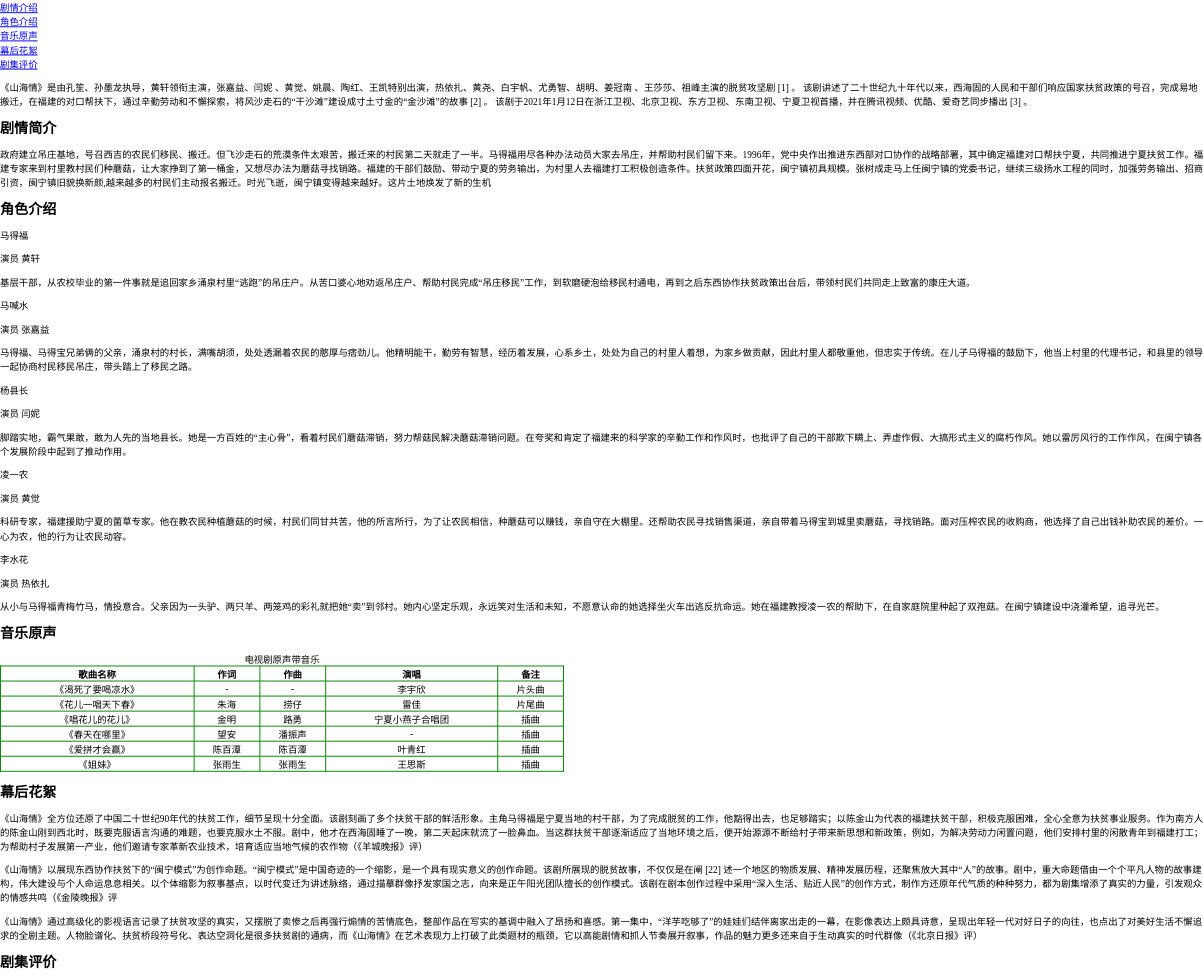
Repository: Lixianlai-2/static-website
Page: index.html
An editor plug-in stored every save of this project. The page is shown before and after the next save, followed by the edit.
The browser window is 1280 px wide. The pictures show the whole page, at 94% of full size.

Above is the page before, as saved 2021-11-30 20:40:44.

### index.html
<!DOCTYPE html>
<html lang="zh-CN">
  <head>
    <meta charset="UTF-8" />
    <meta http-equiv="X-UA-Compatible" content="IE=edge" />
    <meta
      name="viewport"
      content="width=device-width, initial-scale=1.0"
      content="ie=edge"
    />
    <title>山海情</title>

    <style>
      * {
        margin: 0;
        padding: 0;
        box-sizing: border-box;
      }

      body {
        font-size: 10px;
      }
      h2,
      div,
      p {
        margin: 10px 0;
      }

      img {
        max-width: 100%;
      }

      table {
        text-align: center;
        max-width: 100%;
        width: 600px;
        table-layout: auto;
        border-collapse: collapse;
        border-spacing: 0;
      }

      th,
      td {
        border: 1px solid green;
      }
    </style>
  </head>
  <body>
    <nav>
      <ol>
        <li><a href="#Plot">剧情介绍</a></li>
        <li><a href="#Role">角色介绍</a></li>
        <li><a href="#Music">音乐原声</a></li>
        <li><a href="#Tidbits">幕后花絮</a></li>
        <li><a href="#Evaluation">剧集评价</a></li>
      </ol>
    </nav>

    <p>
      《山海情》是由孔笙、孙墨龙执导，黄轩领衔主演，张嘉益、闫妮
      、黄觉、姚晨、陶红、王凯特别出演，热依扎、黄尧、白宇帆、尤勇智、胡明、姜冠南
      、王莎莎、祖峰主演的脱贫攻坚剧 [1] 。
      该剧讲述了二十世纪九十年代以来，西海固的人民和干部们响应国家扶贫政策的号召，完成易地搬迁，在福建的对口帮扶下，通过辛勤劳动和不懈探索，将风沙走石的“干沙滩”建设成寸土寸金的“金沙滩”的故事
      [2] 。
      该剧于2021年1月12日在浙江卫视、北京卫视、东方卫视、东南卫视、宁夏卫视首播，并在腾讯视频、优酷、爱奇艺同步播出
      [3] 。
    </p>

    <h2 id="Plot">剧情简介</h2>
    <p>
      政府建立吊庄基地，号召西吉的农民们移民、搬迁。但飞沙走石的荒漠条件太艰苦，搬迁来的村民第二天就走了一半。马得福用尽各种办法动员大家去吊庄，并帮助村民们留下来。1996年，党中央作出推进东西部对口协作的战略部署，其中确定福建对口帮扶宁夏，共同推进宁夏扶贫工作。福建专家来到村里教村民们种蘑菇，让大家挣到了第一桶金，又想尽办法为蘑菇寻找销路。福建的干部们鼓励、带动宁夏的劳务输出，为村里人去福建打工积极创造条件。扶贫政策四面开花，闽宁镇初具规模。张树成走马上任闽宁镇的党委书记，继续三级扬水工程的同时，加强劳务输出、招商引资，闽宁镇旧貌换新颜,越来越多的村民们主动报名搬迁。时光飞逝，闽宁镇变得越来越好。这片土地焕发了新的生机
    </p>

    <h2 id="Role">角色介绍</h2>

    <ul>
      <li>
        <dl>
          <dt>
            <!-- div.role-name>span.item-value+div.role-actor>span.item-key+span.item-value -->
            <div class="role-name">
              <span class="item-value">马得福</span>
              <div class="role-actor">
                <span class="item-key">演员</span>
                <span class="item-value">黄轩</span>
              </div>
            </div>
          </dt>
          <dl>
            <p>
              基层干部，从农校毕业的第一件事就是追回家乡涌泉村里“逃跑”的吊庄户。从苦口婆心地劝返吊庄户、帮助村民完成“吊庄移民”工作，到软磨硬泡给移民村通电，再到之后东西协作扶贫政策出台后，带领村民们共同走上致富的康庄大道。
            </p>
          </dl>
        </dl>
      </li>
      <li>
        <dl>
          <dt>
            <div class="role-name">
              <span class="item-value">马喊水</span>
              <div class="role-actor">
                <span class="item-key">演员</span
                ><span class="item-value"> 张嘉益</span>
                <dl>
                  <p>
                    马得福、马得宝兄弟俩的父亲，涌泉村的村长，满嘴胡须，处处透漏着农民的憨厚与痞劲儿。他精明能干，勤劳有智慧，经历着发展，心系乡土，处处为自己的村里人着想，为家乡做贡献，因此村里人都敬重他，但忠实于传统。在儿子马得福的鼓励下，他当上村里的代理书记，和县里的领导一起协商村民移民吊庄，带头踏上了移民之路。
                  </p>
                </dl>
              </div>
            </div>
          </dt>
        </dl>
      </li>
      <li>
        <dl>
          <dt>
            <div class="role-name">
              <span class="item-value">杨县长</span>
              <div class="role-actor">
                <span class="item-key">演员</span>
                <span class="item-value">闫妮</span>
                <dl>
                  <p>
                    脚踏实地，霸气果敢，敢为人先的当地县长。她是一方百姓的“主心骨”，看着村民们蘑菇滞销，努力帮菇民解决蘑菇滞销问题。在夸奖和肯定了福建来的科学家的辛勤工作和作风时，也批评了自己的干部欺下瞒上、弄虚作假、大搞形式主义的腐朽作风。她以雷厉风行的工作作风，在闽宁镇各个发展阶段中起到了推动作用。
                  </p>
                </dl>
              </div>
            </div>
          </dt>
        </dl>
      </li>
      <li>
        <dl>
          <dt>
            <div class="role-name">
              <span class="item-value">凌一农</span>
              <div class="role-actor">
                <span class="item-key">演员</span>
                <span class="item-value">黄觉</span>
                <dl>
                  <p>
                    科研专家，福建援助宁夏的菌草专家。他在教农民种植蘑菇的时候，村民们同甘共苦，他的所言所行，为了让农民相信，种蘑菇可以赚钱，亲自守在大棚里。还帮助农民寻找销售渠道，亲自带着马得宝到城里卖蘑菇，寻找销路。面对压榨农民的收购商，他选择了自己出钱补助农民的差价。一心为农，他的行为让农民动容。
                  </p>
                </dl>
              </div>
            </div>
          </dt>
        </dl>
      </li>
      <li>
        <dl>
          <dt>
            <div class="role-name">
              <span class="item-value">李水花</span>
              <div class="role-actor">
                <span class="item-key">演员</span>
                <span class="item-value">热依扎</span>
                <dl>
                  <p>
                    从小与马得福青梅竹马，情投意合。父亲因为一头驴、两只羊、两笼鸡的彩礼就把她“卖”到邻村。她内心坚定乐观，永远笑对生活和未知，不愿意认命的她选择坐火车出逃反抗命运。她在福建教授凌一农的帮助下，在自家庭院里种起了双孢菇。在闽宁镇建设中浇灌希望，追寻光芒。
                  </p>
                </dl>
              </div>
            </div>
          </dt>
        </dl>
      </li>
    </ul>

    <!-- ul>(li>dl>dt>div.role-name>span.item-value+div.role-actor>span.item-key+span.item-value+dl)*5 -->
    <!-- div.role-name>span.item-value+div.role-actor>span.item-key+span.item-value -->

    <h2 id="Music">音乐原声</h2>
    <table>
      <caption>
        电视剧原声带音乐
      </caption>
      <thead>
        <tr>
          <th>歌曲名称</th>
          <th>作词</th>
          <th>作曲</th>
          <th>演唱</th>
          <th>备注</th>
        </tr>
      </thead>
      <tbody>
        <tr>
          <td>《渴死了要喝凉水》</td>
          <td>-</td>
          <td>-</td>
          <td>李宇欣</td>
          <td>片头曲</td>
        </tr>
        <tr>
          <td>《花儿一唱天下春》</td>
          <td>朱海</td>
          <td>捞仔</td>
          <td>雷佳</td>
          <td>片尾曲</td>
        </tr>
        <tr>
          <td>《唱花儿的花儿》</td>
          <td>金明</td>
          <td>路勇</td>
          <td>宁夏小燕子合唱团</td>
          <td>插曲</td>
        </tr>
        <tr>
          <td>《春天在哪里》</td>
          <td>望安</td>
          <td>潘振声</td>
          <td>-</td>
          <td>插曲</td>
        </tr>
        <tr>
          <td>《爱拼才会赢》</td>
          <td>陈百潭</td>
          <td>陈百潭</td>
          <td>叶青红</td>
          <td>插曲</td>
        </tr>
        <tr>
          <td>《姐妹》</td>
          <td>张雨生</td>
          <td>张雨生</td>
          <td>王思斯</td>
          <td>插曲</td>
        </tr>
      </tbody>
      <tfoot></tfoot>
    </table>

    <h2 id="Tidbits">幕后花絮</h2>
    <div>
      《山海情》全方位还原了中国二十世纪90年代的扶贫工作，细节呈现十分全面。该剧刻画了多个扶贫干部的鲜活形象。主角马得福是宁夏当地的村干部，为了完成脱贫的工作，他豁得出去，也足够踏实；以陈金山为代表的福建扶贫干部，积极克服困难，全心全意为扶贫事业服务。作为南方人的陈金山刚到西北时，既要克服语言沟通的难题，也要克服水土不服。剧中，他才在西海固睡了一晚，第二天起床就流了一脸鼻血。当这群扶贫干部逐渐适应了当地环境之后，便开始源源不断给村子带来新思想和新政策，例如，为解决劳动力闲置问题，他们安排村里的闲散青年到福建打工；为帮助村子发展第一产业，他们邀请专家革新农业技术，培育适应当地气候的农作物（《羊城晚报》评）
    </div>
    <div>
      《山海情》以展现东西协作扶贫下的“闽宁模式”为创作命题。“闽宁模式”是中国奇迹的一个缩影，是一个具有现实意义的创作命题。该剧所展现的脱贫故事，不仅仅是在阐
      [22]
      述一个地区的物质发展、精神发展历程，还聚焦放大其中“人”的故事。剧中，重大命题借由一个个平凡人物的故事建构，伟大建设与个人命运息息相关。以个体缩影为叙事基点，以时代变迁为讲述脉络，通过描摹群像抒发家国之志，向来是正午阳光团队擅长的创作模式。该剧在剧本创作过程中采用“深入生活、贴近人民”的创作方式，制作方还原年代气质的种种努力，都为剧集增添了真实的力量，引发观众的情感共鸣（《金陵晚报》评
    </div>
    <div>
      《山海情》通过高级化的影视语言记录了扶贫攻坚的真实，又摆脱了卖惨之后再强行煽情的苦情底色，整部作品在写实的基调中融入了昂扬和喜感。第一集中，“洋芋吃够了”的娃娃们结伴离家出走的一幕，在影像表达上颇具诗意，呈现出年轻一代对好日子的向往，也点出了对美好生活不懈追求的全剧主题。人物脸谱化、扶贫桥段符号化、表达空洞化是很多扶贫剧的通病，而《山海情》在艺术表现力上打破了此类题材的瓶颈，它以高能剧情和抓人节奏展开叙事，作品的魅力更多还来自于生动真实的时代群像（《北京日报》评）
    </div>
    <h2 id="Evaluation">剧集评价</h2>
  </body>
</html>

After the next save:
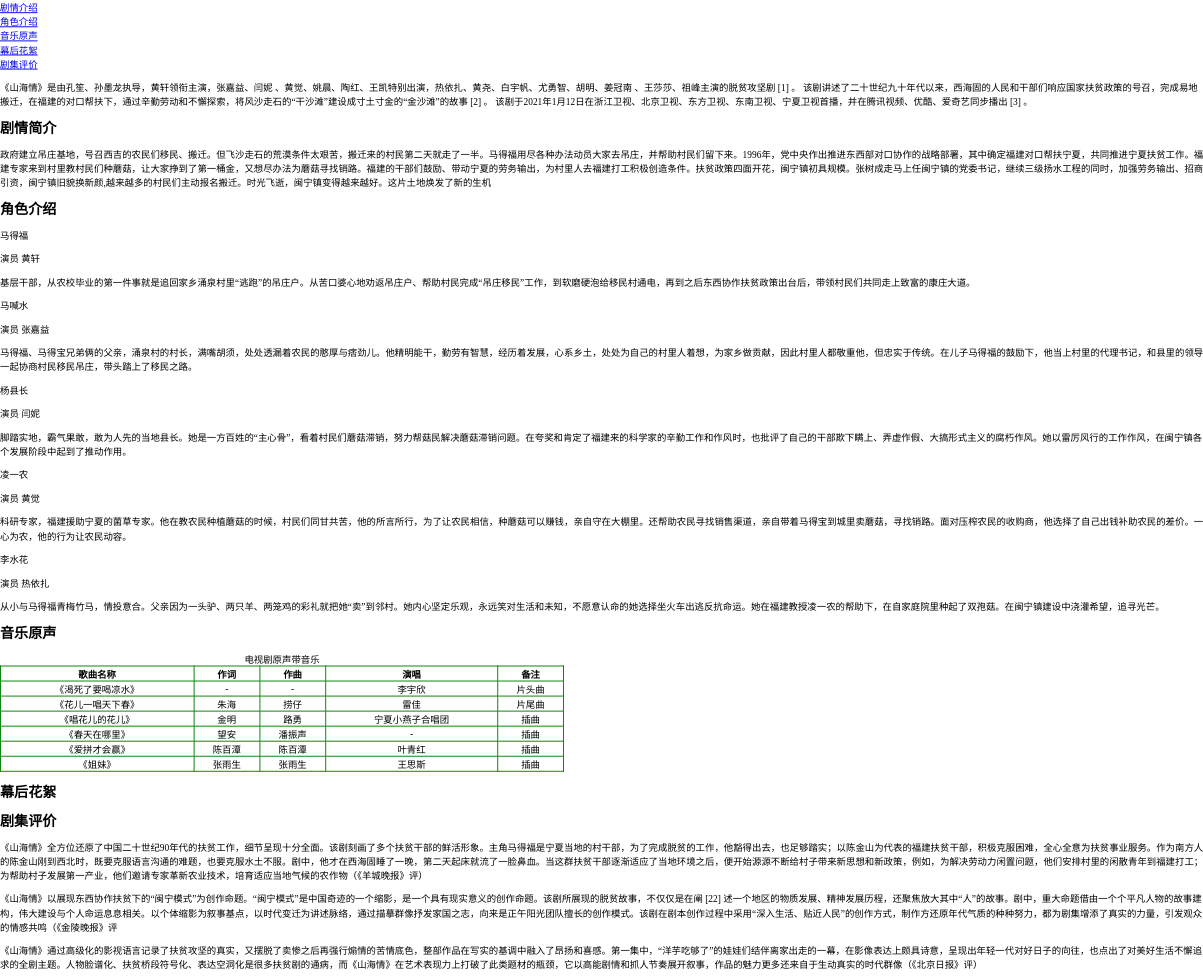
Saved 24 s later.
--- a/index.html
+++ b/index.html
@@ -232,6 +232,8 @@
     </table>
 
     <h2 id="Tidbits">幕后花絮</h2>
+
+    <h2 id="Evaluation">剧集评价</h2>
     <div>
       《山海情》全方位还原了中国二十世纪90年代的扶贫工作，细节呈现十分全面。该剧刻画了多个扶贫干部的鲜活形象。主角马得福是宁夏当地的村干部，为了完成脱贫的工作，他豁得出去，也足够踏实；以陈金山为代表的福建扶贫干部，积极克服困难，全心全意为扶贫事业服务。作为南方人的陈金山刚到西北时，既要克服语言沟通的难题，也要克服水土不服。剧中，他才在西海固睡了一晚，第二天起床就流了一脸鼻血。当这群扶贫干部逐渐适应了当地环境之后，便开始源源不断给村子带来新思想和新政策，例如，为解决劳动力闲置问题，他们安排村里的闲散青年到福建打工；为帮助村子发展第一产业，他们邀请专家革新农业技术，培育适应当地气候的农作物（《羊城晚报》评）
     </div>
@@ -243,6 +245,5 @@
     <div>
       《山海情》通过高级化的影视语言记录了扶贫攻坚的真实，又摆脱了卖惨之后再强行煽情的苦情底色，整部作品在写实的基调中融入了昂扬和喜感。第一集中，“洋芋吃够了”的娃娃们结伴离家出走的一幕，在影像表达上颇具诗意，呈现出年轻一代对好日子的向往，也点出了对美好生活不懈追求的全剧主题。人物脸谱化、扶贫桥段符号化、表达空洞化是很多扶贫剧的通病，而《山海情》在艺术表现力上打破了此类题材的瓶颈，它以高能剧情和抓人节奏展开叙事，作品的魅力更多还来自于生动真实的时代群像（《北京日报》评）
     </div>
-    <h2 id="Evaluation">剧集评价</h2>
   </body>
 </html>
